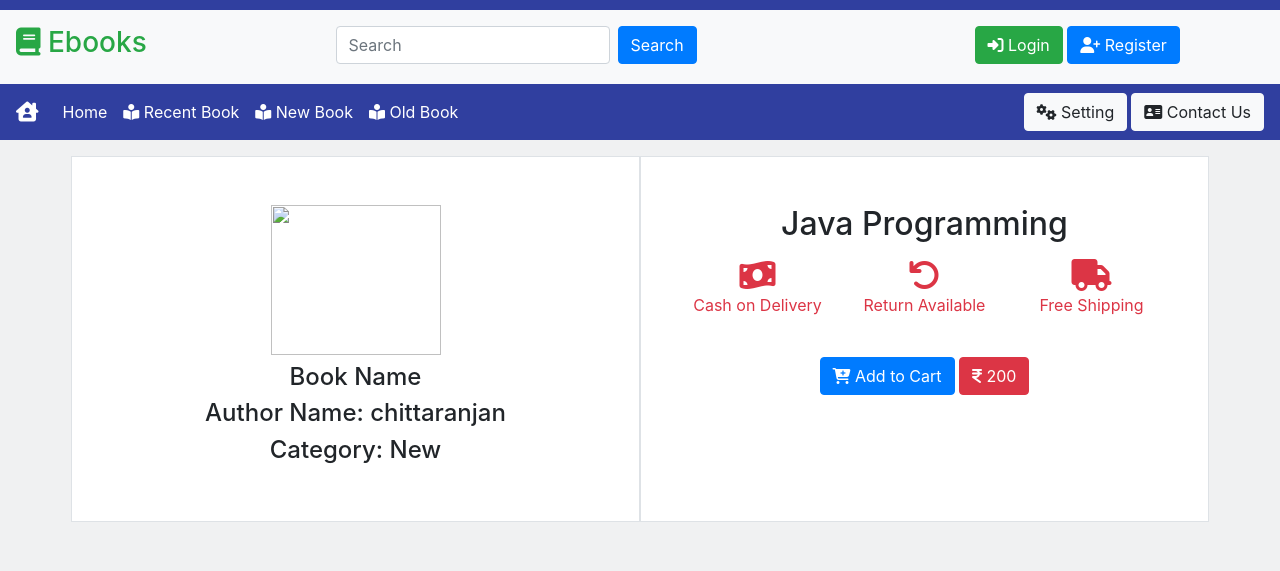
Repository: chittaranjan24/E-Books_Management_System
Page: http://localhost/Ebook-App/view_book.jsp
The author's editor kept a copy of each file at every save. The page is drawn from the files as they stood at one save, then again after the next save.
The browser window is 1280 px wide. The pictures show the whole page.
Some web libraries are served in a nearby version. The page is served by Tomcat 9.

Above is the page before, as saved 2023-08-29 09:53:37.

After the next save:
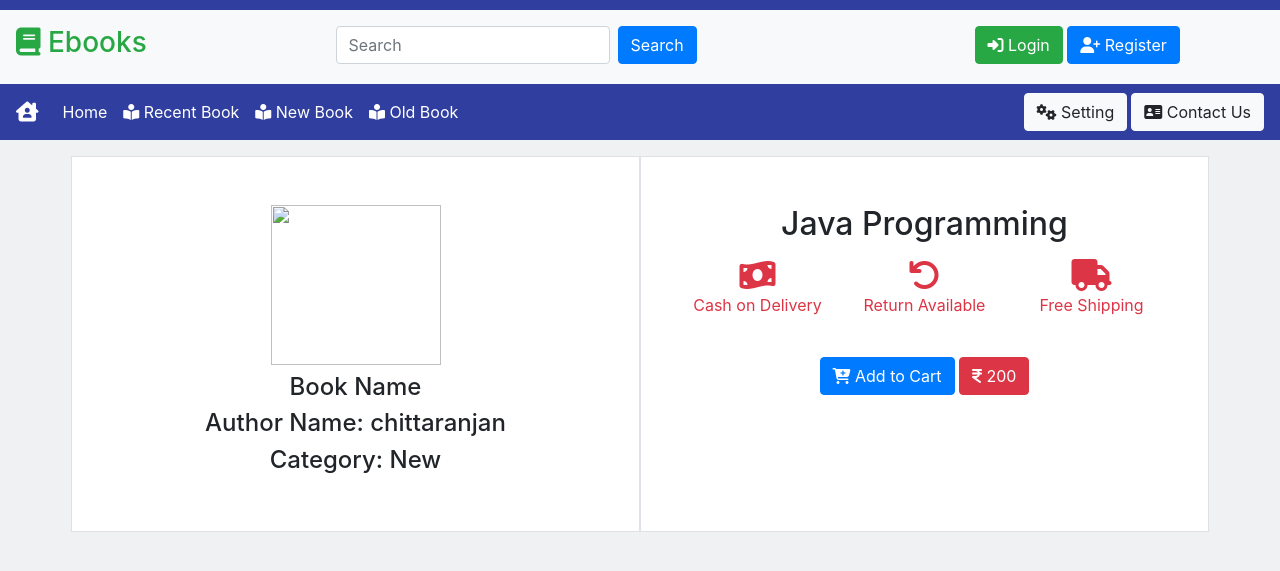
Saved 19 s later.
--- a/Ebook-App/src/main/webapp/view_book.jsp
+++ b/Ebook-App/src/main/webapp/view_book.jsp
@@ -13,7 +13,7 @@
 	<div class="container p-3">
 		<div class="row">
 			<div class="col-md-6 text-center p-5 border bg-white">
-			<img alt="" src="" style="height: 150px; width: 170px;"><br>
+			<img alt="" src="" style="height: 160px; width: 170px;"><br>
 			<h4 class="mt-2">Book Name</h4>
 			<h4>Author Name: chittaranjan</h4>
 			<h4>Category: New</h4>
